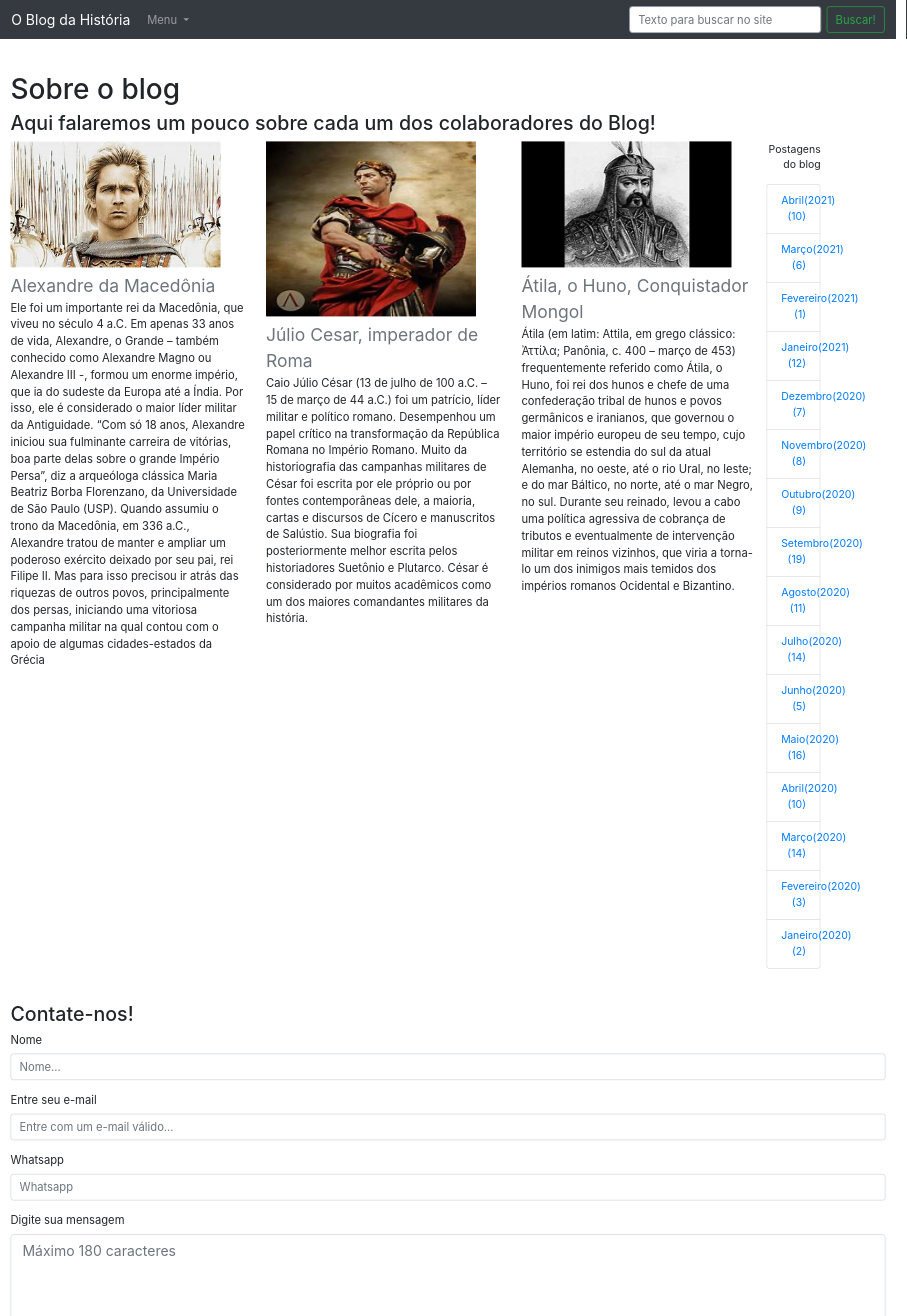
Repository: xhenrique/blog_layout_bootstrap
Page: source/sobre.html
These files come from the project's save history. The page is drawn as it stood at one moment and after the next save; the edit follows.
The browser window is 1280 px wide. The page is 1295 px wide, then 1280 px, then 1295 px, so the pictures cover 1295 px, including what lies to the right of the window. The pictures show the part of the page from y = 0 to 1880 px (the page is 2185 px tall before and 2931 px after), at 70% of full size.

Above is the page before, as saved 2021-04-25 02:56:55.

### source/sobre.html
<!DOCTYPE html>
<html lang="pt-br">
  <head>
    <!-- Meta tags Obrigatórias -->
    <meta charset="utf-8">
    <meta name="viewport" content="width=device-width, initial-scale=1, shrink-to-fit=no">

    <!-- Bootstrap CSS -->
    <link rel="stylesheet" href="https://stackpath.bootstrapcdn.com/bootstrap/4.1.3/css/bootstrap.min.css" integrity="sha384-MCw98/SFnGE8fJT3GXwEOngsV7Zt27NXFoaoApmYm81iuXoPkFOJwJ8ERdknLPMO" crossorigin="anonymous">
    <title>O Blog da História</title>
  </head>
  <body>
    <nav class="navbar navbar-expand-md navbar-dark bg-dark sticky-top">
        <a class = "navbar-brand" href="index.html">O Blog da História</a>

        <!--Especificações do que é cada um dos atributos!!!!!
            "aria-controls": define a relação entre os elementos, um elemento é pai e o outro filho, deve ser definido no pai, relacionando o filho;
            "data-target" : Define o que será exibido quando clicar na opção do menu;
            "data-toggle" : o que vai acontecer quando eu clicar em cima do botão, collapse, por exemplo, faz o botão expandir e retrair as opções;
            "aria-expanded" : Flag para o navegador informando que o elemento não está expandido;
            "aria-label" : é usado para definir uma string na tag do elemento atual.
        -->
        <button class="navbar-toggler" type="button" data-toggle="collapse" data-target="#navbarCfg" aria-controls="navbarCfg">
            <span class="navbar-toggler-icon"></span>
        </button>
        <div class="collapse navbar-collapse" id="navbarCfg">
            <ul class="navbar-nav mr-auto">
                <a class="nav-link dropdown-toggle" href="#" id="navbarDropdown" role="button" data-toggle="dropdown" aria-haspopup="true" aria-expanded="false">
                Menu
                </a>
                <div class="dropdown-menu" aria-labelledby="navbarDropdown">
                <a class="dropdown-item" href="index.html">Início</a>
                <a class="dropdown-item" href="sobre.html">Sobre</a>
                <a class="dropdown-item" href="posts.html">Postagens</a>
                <div class="dropdown-divider"></div>
                <p style="text-align: left; padding-left: 10px;"> Criado por: <br/>José Xavier<br/>UFPA - 2021</p>
                </div>
            </ul>
            <form class="form-inline my-2 my-lg-0">
            <input class="form-control mr-sm-2" type="search" placeholder="Texto para buscar no site" aria-label="Search">
            <button class="btn btn-outline-success my-2 my-sm-0" type="submit">Buscar!</button>
            </form>
        </div>
    </nav>

    <div class="container-fluid" id="sobreContainer">
        <div id="sobre_o_blog" class="text-left">
            <br/>
            <br/>
            <h1>Sobre o blog</h1>
            <h3>Aqui falaremos um pouco sobre cada um dos colaboradores do Blog!</h3>
        </div>
        <div class="row d-flex">
            <div class="col">
                <img class="figure-img" src="../img/alexandre.jpg" alt="Xandão"  style="height: 180px; width: 300px">
                <figcaption class="figure-caption" style="font-size: 25px;">
                    Alexandre da Macedônia
                </figcaption>
                <p>Ele foi um importante rei da Macedônia, que viveu no século 4 a.C. Em apenas 33 anos de vida, Alexandre, o Grande – também conhecido como Alexandre Magno ou Alexandre III -, formou um enorme império, que ia do sudeste da Europa até a Índia. Por isso, ele é considerado o maior líder militar da Antiguidade. “Com só 18 anos, Alexandre iniciou sua fulminante carreira de vitórias, boa parte delas sobre o grande Império Persa”, diz a arqueóloga clássica Maria Beatriz Borba Florenzano, da Universidade de São Paulo (USP). Quando assumiu o trono da Macedônia, em 336 a.C., Alexandre tratou de manter e ampliar um poderoso exército deixado por seu pai, rei Filipe II. Mas para isso precisou ir atrás das riquezas de outros povos, principalmente dos persas, iniciando uma vitoriosa campanha militar na qual contou com o apoio de algumas cidades-estados da Grécia</p>
            </div>
            <div class="col">
                <img class="figure-img" src="../img/th.jfif" alt="imperador" style="height: 250px; width: 300px">
                <figcaption class="figure-caption" style="font-size: 25px;">
                    Júlio Cesar, imperador de Roma
                </figcaption>
                <p>Caio Júlio César (13 de julho de 100 a.C. – 15 de março de 44 a.C.) foi um patrício, líder militar e político romano. Desempenhou um papel crítico na transformação da República Romana no Império Romano. Muito da historiografia das campanhas militares de César foi escrita por ele próprio ou por fontes contemporâneas dele, a maioria, cartas e discursos de Cícero e manuscritos de Salústio. Sua biografia foi posteriormente melhor escrita pelos historiadores Suetônio e Plutarco. César é considerado por muitos acadêmicos como um dos maiores comandantes militares da história.</p>
            </div>
            <div class="col">
                <img class="figure-img" src="../img/atila.jpg" alt="o_huno" style="height: 180px; width: 300px">
                <figcaption class="figure-caption" style="font-size: 25px;">
                        Átila, o Huno, Conquistador Mongol
                </figcaption>
                <p>Átila (em latim: Attila, em grego clássico: Ἀττίλα; Panônia, c. 400 – março de 453) frequentemente referido como Átila, o Huno, foi rei dos hunos e chefe de uma confederação tribal de hunos e povos germânicos e iranianos, que governou o maior império europeu de seu tempo, cujo território se estendia do sul da atual Alemanha, no oeste, até o rio Ural, no leste; e do mar Báltico, no norte, até o mar Negro, no sul. Durante seu reinado, levou a cabo uma política agressiva de cobrança de tributos e eventualmente de intervenção militar em reinos vizinhos, que viria a torna-lo um dos inimigos mais temidos dos impérios romanos Ocidental e Bizantino.</p>
            </div>
            <div class="row">
                <div class="col-md-6">
                    <div class="text-right" style="font-size: 15px;">
                        <p>Postagens do blog</p>
                        <ul class="list-group">
                            <!--Javascript provavelmente entraria aqui, iterando sobre uma lista/matriz e exibindo a quantida de postagens por mês/ano-->
                            <li class="list-group-item"><a href="">Abril(2021)(10)</a></li>
                            <li class="list-group-item"><a href="">Março(2021)(6)</a></li>
                            <li class="list-group-item"><a href="">Fevereiro(2021)(1)</a></li>
                            <li class="list-group-item"><a href="">Janeiro(2021)(12)</a></li>
                            <li class="list-group-item"><a href="">Dezembro(2020)(7)</a></li>
                            <li class="list-group-item"><a href="">Novembro(2020)(8)</a></li>
                            <li class="list-group-item"><a href="">Outubro(2020)(9)</a></li>
                            <li class="list-group-item"><a href="">Setembro(2020)(19)</a></li>
                            <li class="list-group-item"><a href="">Agosto(2020)(11)</a></li>
                            <li class="list-group-item"><a href="">Julho(2020)(14)</a></li>
                            <li class="list-group-item"><a href="">Junho(2020)(5)</a></li>
                            <li class="list-group-item"><a href="">Maio(2020)(16)</a></li>
                            <li class="list-group-item"><a href="">Abril(2020)(10)</a></li>
                            <li class="list-group-item"><a href="">Março(2020)(14)</a></li>
                            <li class="list-group-item"><a href="">Fevereiro(2020)(3)</a></li>
                            <li class="list-group-item"><a href="">Janeiro(2020)(2)</a></li>
                        </ul>
                    </div>
                </div>
            </div>
        </div>

        <form>
            <br/>
            <br/>

            <h3>
                Contate-nos!
            </h3>
            <div class="mb-3">
                <label for="nameInput" class="form-label">Nome</label>
                <input type="email" placeholder="Nome..." class="form-control" id="nameInput" aria-describedby="input_name" required>
            </div>
            <div class="mb-3">
                <label for="inputEmail" class="form-label">Entre seu e-mail</label>
                <input type="email" placeholder="Entre com um e-mail válido..." class="form-control" id="inputEmail" aria-describedby="emailHelp" required>
            </div>
              <div class="mb-3">
                <label for="wppInput" class="form-label">Whatsapp</label>
                <input type="text" placeholder="Whatsapp" class="form-control" id="wppInput">
              </div>
              <div class="mb-3">
                <label for="msgInput" class="form-label">Digite sua mensagem</label>
                <textarea type="text" placeholder="Máximo 180 caracteres" maxlength="180" class="form-control form-control-lg" id="msgInput" style="height: 200px;"></textarea>
              </div>
              <div class="mb-3 form-check">
                  <p>Como quer ser contatado?
                  </p>
                  <input type="radio" id="wpp" name="whatsapp" value="Whatsapp">
                  <label for="wpp">Whatsapp</label><br>
                  <input type="radio" id="e-mail" name="email" value="E-mail">
                  <label for="e-mail">E-mail</label><br>
              </div>
              <button class="btn btn-primary" type="submit" aria-label="btnSubmmit">Enviar</button>
              <br>
              <br>
              <br>
        </form>
    </div>


    <!-- JavaScript (Opcional) -->
    <!-- jQuery primeiro, depois Popper.js, depois Bootstrap JS -->
    <script src="https://code.jquery.com/jquery-3.3.1.slim.min.js" integrity="sha384-q8i/X+965DzO0rT7abK41JStQIAqVgRVzpbzo5smXKp4YfRvH+8abtTE1Pi6jizo" crossorigin="anonymous"></script>
    <script src="https://cdnjs.cloudflare.com/ajax/libs/popper.js/1.14.3/umd/popper.min.js" integrity="sha384-ZMP7rVo3mIykV+2+9J3UJ46jBk0WLaUAdn689aCwoqbBJiSnjAK/l8WvCWPIPm49" crossorigin="anonymous"></script>
    <script src="https://stackpath.bootstrapcdn.com/bootstrap/4.1.3/js/bootstrap.min.js" integrity="sha384-ChfqqxuZUCnJSK3+MXmPNIyE6ZbWh2IMqE241rYiqJxyMiZ6OW/JmZQ5stwEULTy" crossorigin="anonymous"></script>
  </body>
</html>

After the next save:
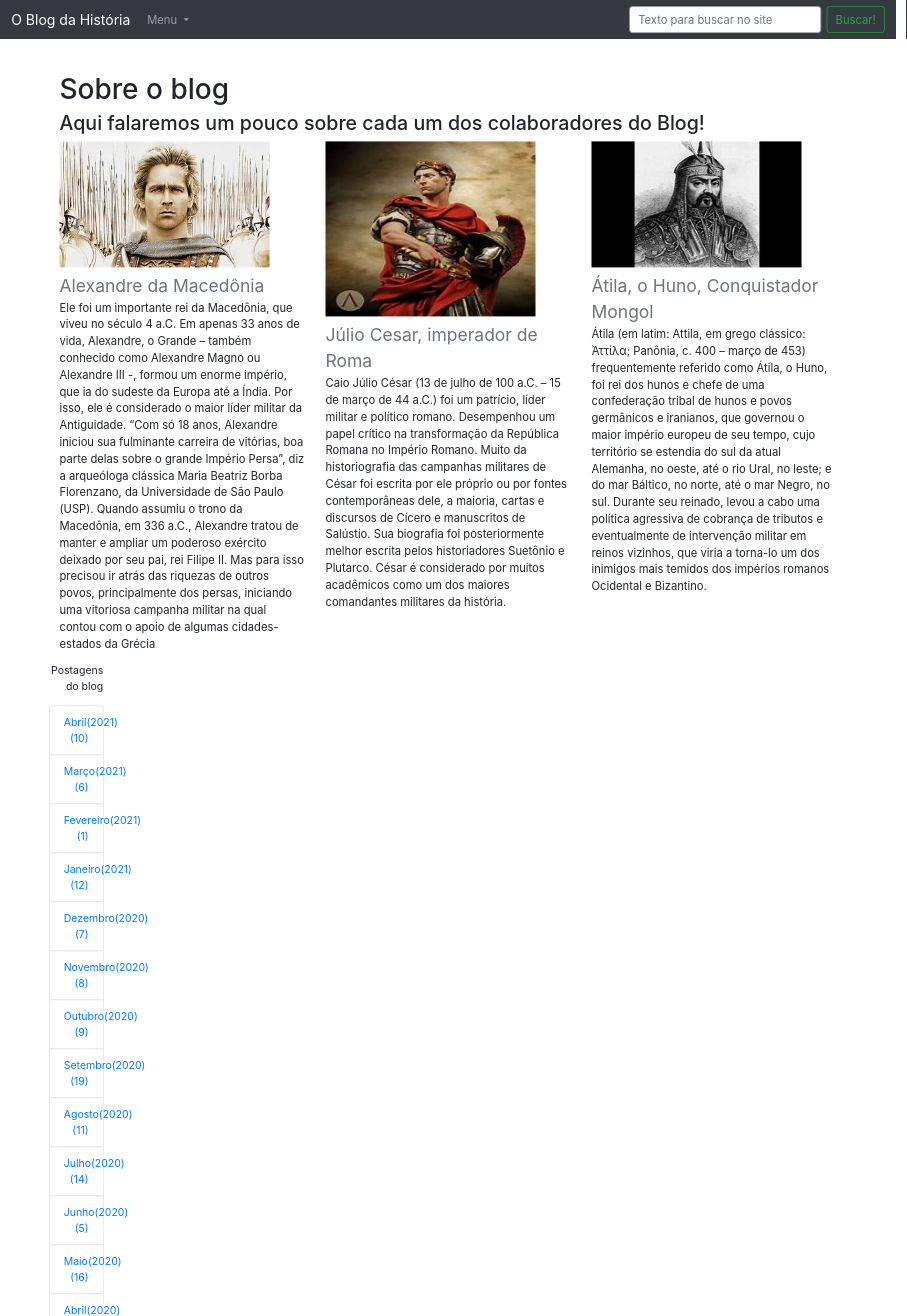
Saved 19 s later.
--- a/source/sobre.html
+++ b/source/sobre.html
@@ -43,7 +43,7 @@
         </div>
     </nav>
 
-    <div class="container-fluid" id="sobreContainer">
+    <div class="container" id="sobreContainer">
         <div id="sobre_o_blog" class="text-left">
             <br/>
             <br/>

After the save that followed:
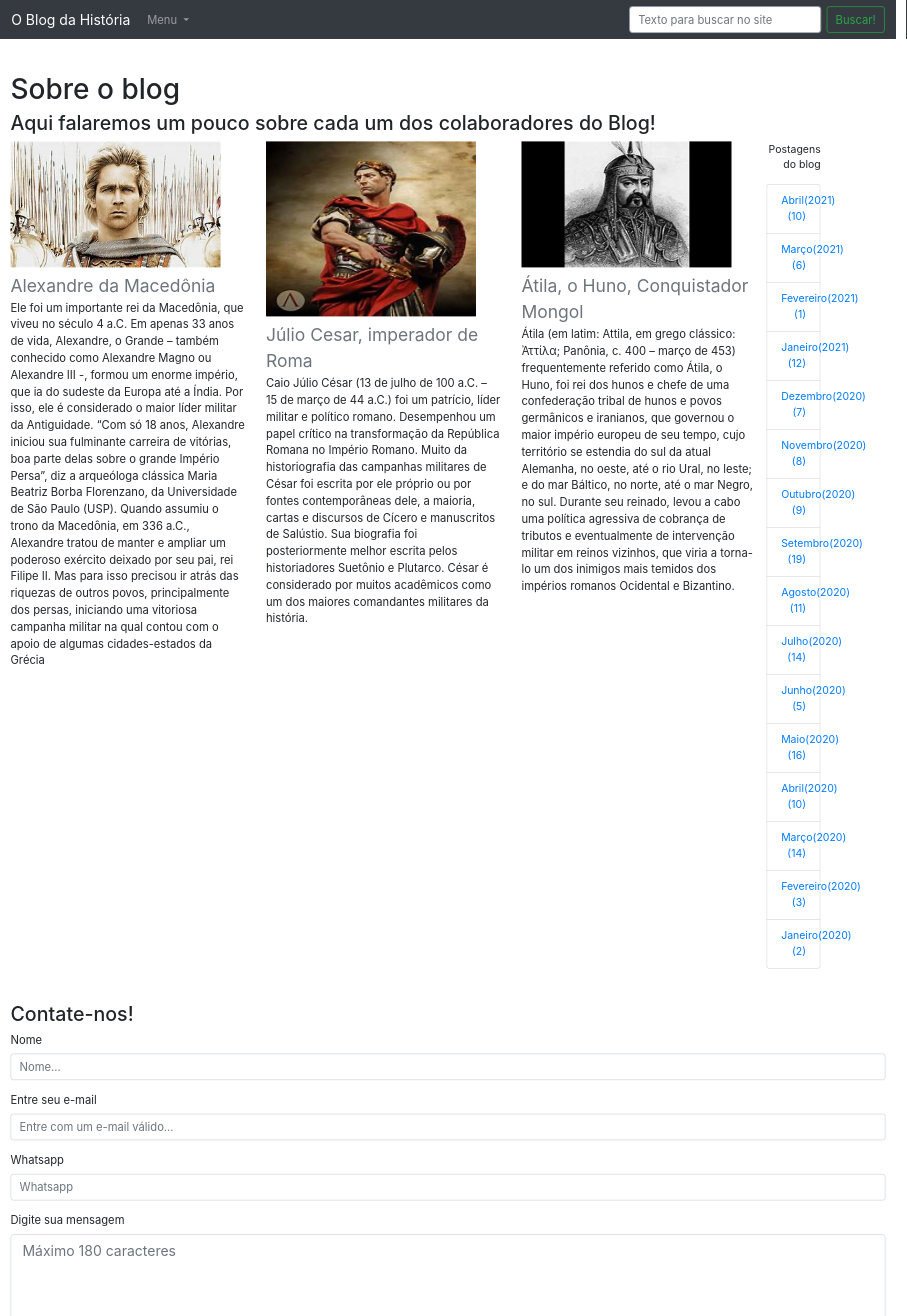
Saved 8 s later.
--- a/source/sobre.html
+++ b/source/sobre.html
@@ -43,7 +43,7 @@
         </div>
     </nav>
 
-    <div class="container" id="sobreContainer">
+    <div class="container-fluid" id="sobreContainer">
         <div id="sobre_o_blog" class="text-left">
             <br/>
             <br/>
